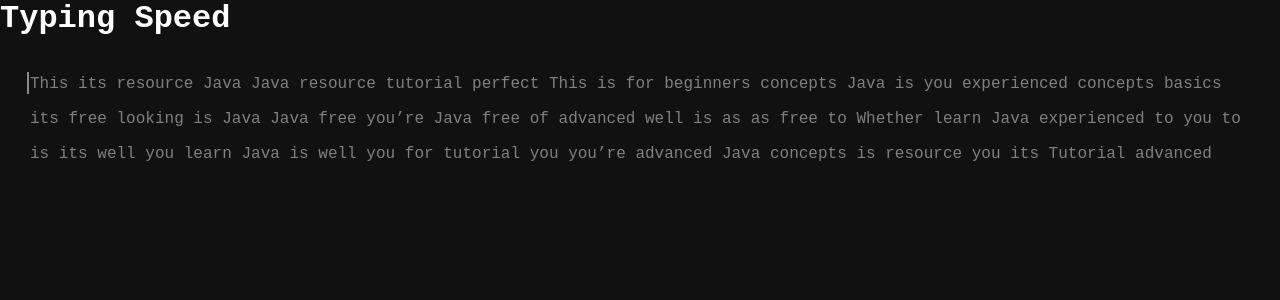
Repository: ThisIsSahaj/Js-Games
Page: TypingSpeed/index.html
The author's editor kept a copy of each file at every save. The page is drawn from the files as they stood at one save, then again after the next save.
The browser window is 1280 px wide. The pictures show the whole page.

Above is the page before, as saved 2024-05-18 23:44:51.

### TypingSpeed/index.html
<!DOCTYPE html>
<html lang="en">
<head>
    <meta charset="UTF-8">
    <meta http-equiv="X-UA-Compatible" content="IE=edge">
    <meta name="viewport" content="width=device-width, initial-scale=1.0">
    <title>Typing Speed</title>
    <link rel="stylesheet" href="style.css">
</head>
<body>
    <h1>Typing Speed</h1>

    <div class="game">
        <div class="words"></div>
        <div class="cursor"></div>
    </div>
</body>
<script src="script.js"></script>
</html>

### TypingSpeed/style.css
*{
    margin: 0;
    padding: 0;
    box-sizing: border-box;
}

body{
    font-family: 'Roboto Mono', monospace;
    background-color: #111;
    color: white;
}

.game{
    /* border: 2px solid red; */
    margin: 30px ;
    line-height: 35px;
    height: 105px;
    overflow: hidden;
    color: gray;
    position: relative;
}

@keyframes blink {
    0%{
        opacity: 1;
    }
    50%{
        opacity: 0;
    }
    100%{
        opacity: 1;
    }
}

.cursor{
    width: 2px;
    height: 1.4rem;
    background: white;
    position: fixed;
    top: 72px;
    left: 27px;
    animation: blink .7s infinite;

}

.singleWord{
    /* border: 2px solid green; */
    display: inline-block;
}

 .correct {
    color: #fff;
}
 .inCorrect {
    color: #f55;
}

### TypingSpeed/script.js
const words = 'This Java Tutorial is designed for beginners as well as experienced professionals Whether you’re looking to learn the basics of Java or its advanced concepts this free Java tutorial is the perfect resource for you'

const wordsDiv = document.querySelector('.words');

const body = document.querySelector('body');





// to split all the words whenever space comes and return an array
const newWords = words.split(" ");
// console.log(newWords);




const randomWord = () => {
    const randomIndex = Math.floor(Math.random() * newWords.length);
    return newWords[randomIndex];
}
// console.log(randomWord());


const formatWord = (word) => {
  return `
  <div class="singleWord"
  <span class="letter">
    ${word.split('').join('</span><span class="letter">')}</span>
  </div>
  `
}

const addClass = (element, className) => {
//   element.classlist.add(className);
     element.className += ' ' + className;
}

const removeClass = (element, className) => {
//   element.classlist.remove(className);
     element.className = element.className.replace(className, '');
}


const newGame = () => {
    wordsDiv.innerHTML = " ";

    for(let i=0; i<200; i++)
    {
        wordsDiv.innerHTML += formatWord(randomWord());
    }

    const singleWord = document.querySelector('.singleWord');
    console.log(singleWord);
    const letter = document.querySelector('.letter');
    console.log(letter)

    addClass(singleWord, 'current');
    addClass(letter, 'current');
}


body.addEventListener('keyup', ev => {
    // console.log(ev);

    const key = ev.key;

    const currentLetter = document.querySelector('.letter.current');
    console.log(currentLetter);
    const expected = currentLetter.innerHTML;


    //check whether the input is a letter or not
    //if it's length is not equal to 1, it means it is 'Backspace'
    //if key is empty ' ' it means  it is the space key
    const isLetter = key.length === 1 && key !== ' ';


    console.log({key, expected});

    if (isLetter) {
      if (currentLetter) {
        addClass(currentLetter, key === expected ? 'correct' : 'inCorrect');   //if key = expected key, then add class correct, if not then add class inCorrect
        removeClass(currentLetter, 'current');
        addClass(currentLetter.nextSibling, 'current')
      }
    }

    if(key === " ")
    {
      if (expected !== ' ') {
        const letterToInvalidate = [...document.querySelectorAll('.singleWord .current .letter:not(.correct)')]
        letterToInvalidate.forEach(letter => {
          addClass(letter, 'inCorrect');
        })
      }
    }
})


newGame();

After the next save:
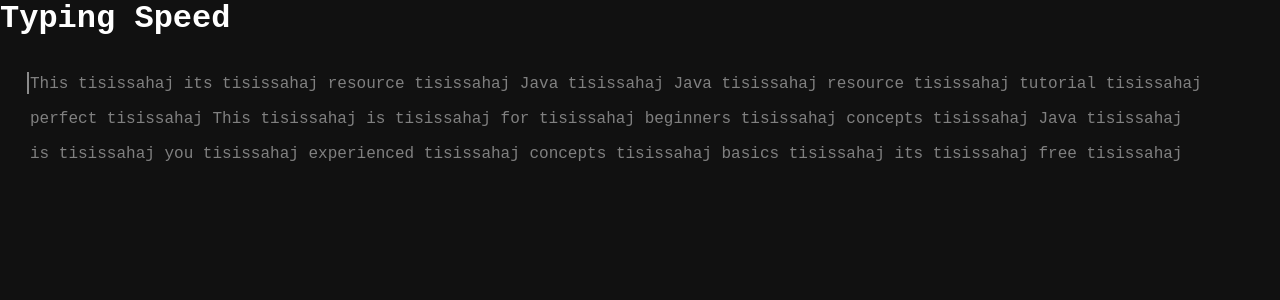
Saved 50 min 34 s later.
--- a/TypingSpeed/script.js
+++ b/TypingSpeed/script.js
@@ -26,7 +26,8 @@
   return `
   <div class="singleWord"
   <span class="letter">
-    ${word.split('').join('</span><span class="letter">')}</span>
+    ${word.split('').join('</span><span class="letter">')} tisissahaj
+    </span>
   </div>
   `
 }

After the save that followed:
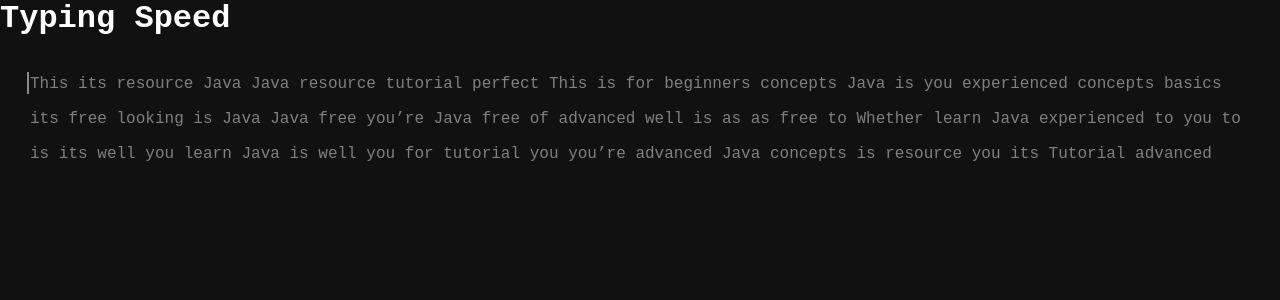
Saved 41 s later.
--- a/TypingSpeed/script.js
+++ b/TypingSpeed/script.js
@@ -26,7 +26,7 @@
   return `
   <div class="singleWord"
   <span class="letter">
-    ${word.split('').join('</span><span class="letter">')} tisissahaj
+    ${word.split('').join('</span><span class="letter">')}
     </span>
   </div>
   `
